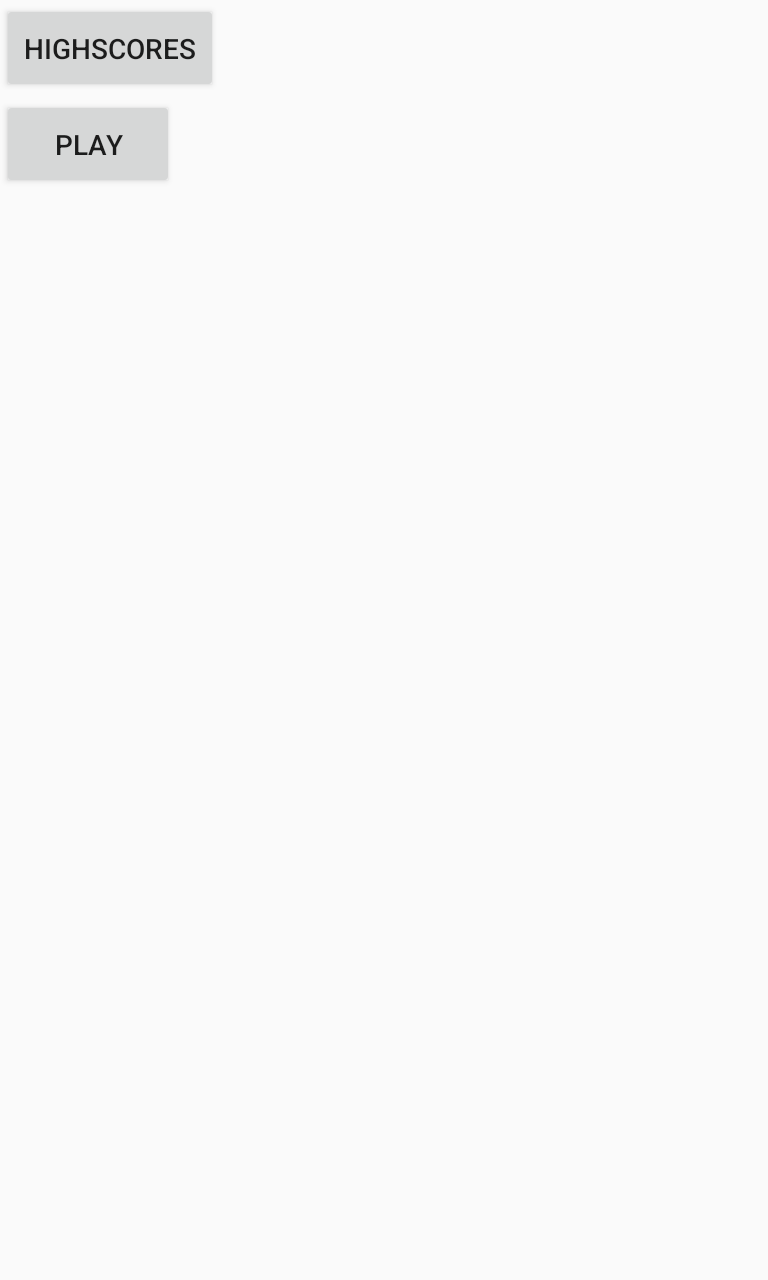
Repository: RedJaVa68/DirectionRunner
Layout: DirectionRunner/res/layout/activity_main.xml
These files come from the project's save history. The layout is drawn as it stood at one moment and after the next save; the edit follows.
It is drawn on a 768 x 1280 px phone screen (xhdpi) without system bars, with theme AppTheme; the app's code is not run.

Above is the layout before, as saved 2015-05-06 00:38:05.

### DirectionRunner/res/layout/activity_main.xml
<LinearLayout xmlns:android="http://schemas.android.com/apk/res/android"
    xmlns:tools="http://schemas.android.com/tools"
    tools:context="edu.utep.cs.cs4330.DirectionRunner.MainActivity"
    android:orientation="vertical"
    android:layout_width="fill_parent"
    android:layout_height="fill_parent">
    <Button
        android:id="@+id/statsButton"
       	android:layout_width="wrap_content"
       	android:layout_height="wrap_content"
        android:text="Highscores" />
    <Button
        android:id="@+id/playButton"
        android:layout_width="wrap_content"
        android:layout_height="wrap_content"
        android:text="Play"/>

</LinearLayout>

Loaded but not shown: DirectionRunner/res/values/styles.xml (common file); DirectionRunner/res/values-v11/styles.xml (common file); DirectionRunner/res/values-v14/styles.xml (common file)

After the next save:
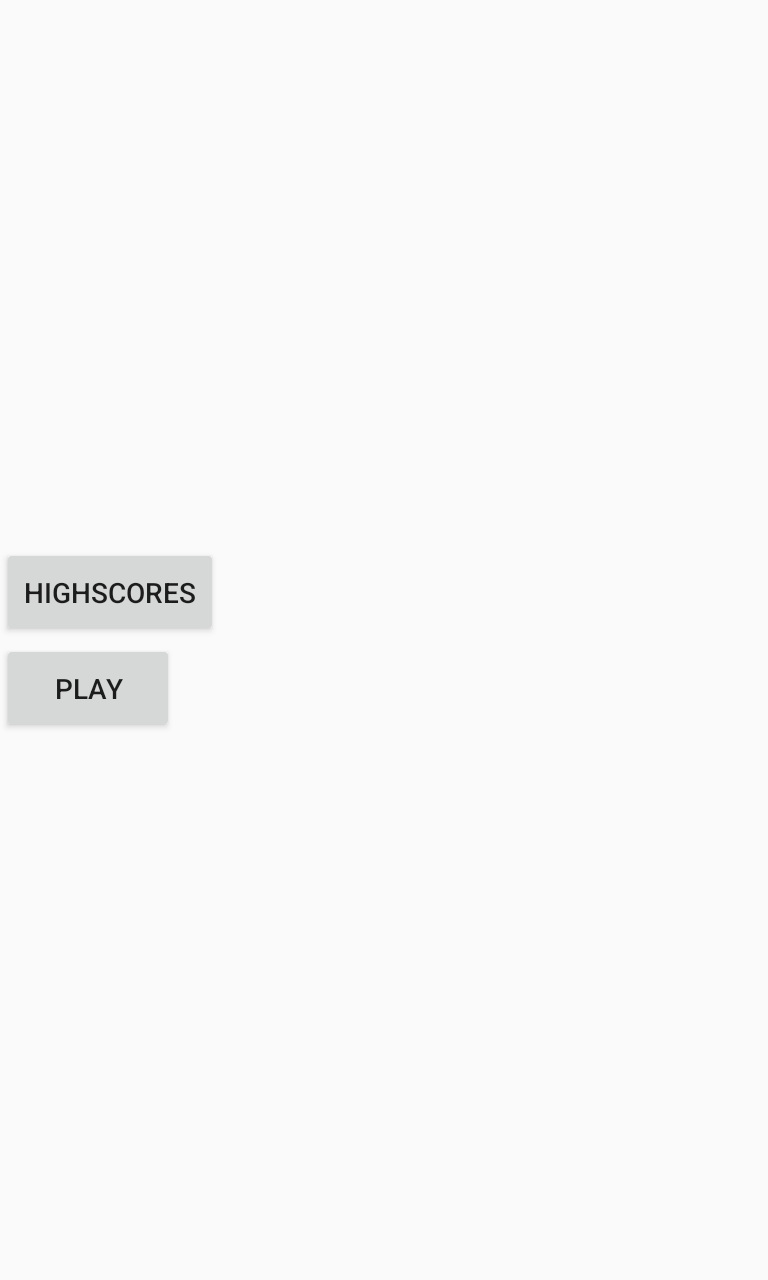
Saved 89 s later.
--- a/DirectionRunner/res/layout/activity_main.xml
+++ b/DirectionRunner/res/layout/activity_main.xml
@@ -2,6 +2,7 @@
     xmlns:tools="http://schemas.android.com/tools"
     tools:context="edu.utep.cs.cs4330.DirectionRunner.MainActivity"
     android:orientation="vertical"
+    android:gravity="center_vertical"
     android:layout_width="fill_parent"
     android:layout_height="fill_parent">
     <Button
